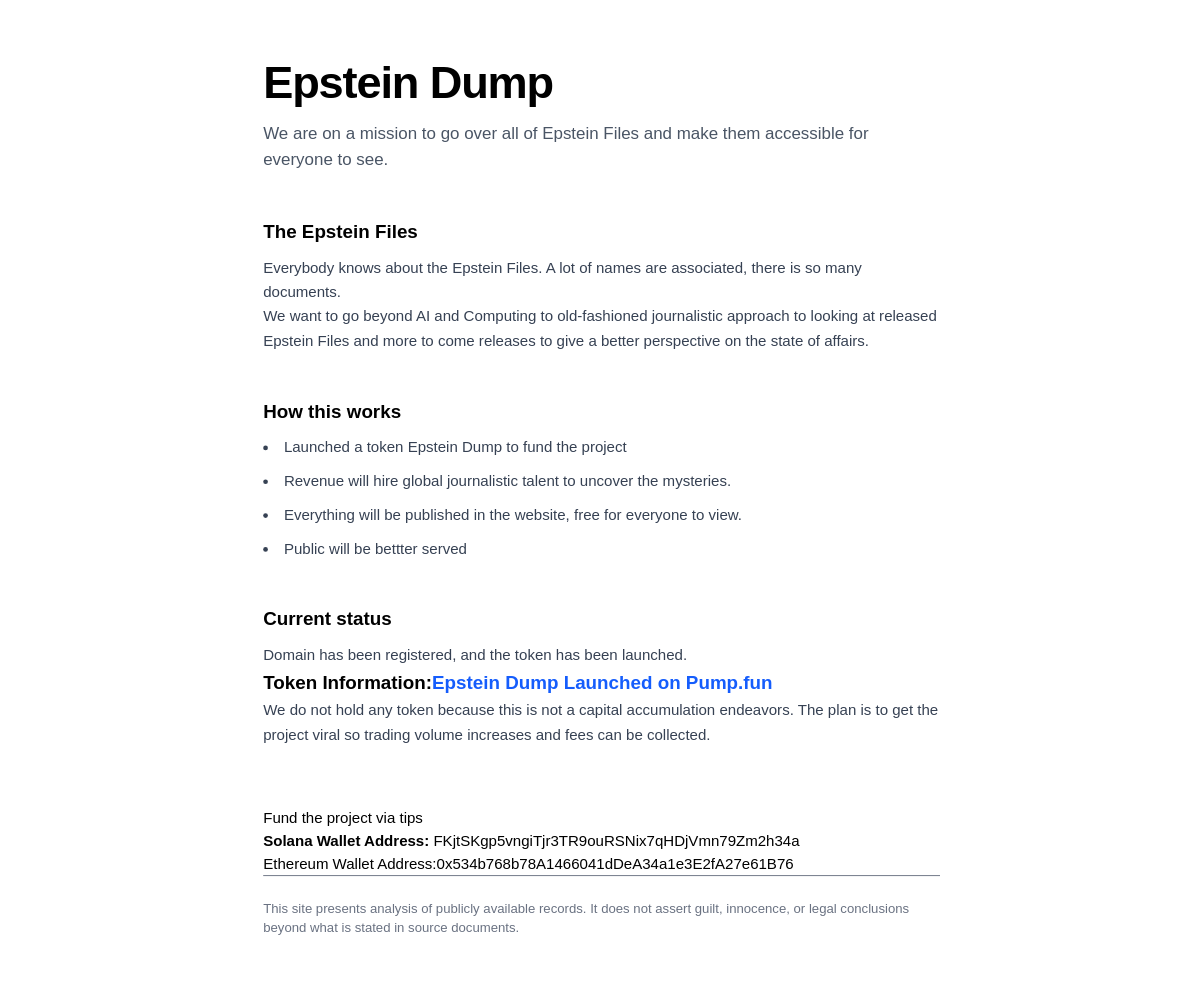
Repository: dayvoid97/epsteindump
Page: /
These files come from the project's save history. The page is drawn as it stood at one moment and after the next save; the edit follows.
The browser window is 1280 px wide. The pictures show the whole page, at 94% of full size.
The project was rebuilt for these pictures with package versions that can differ from the ones it lists, and the page was loaded fresh each time. The framework's server and built-in components were replaced by stand-ins that run in the browser. Also part of the build but not shown: next.config.ts.

Above is the page before, as saved 2026-02-02 02:30:46.

### app/layout.tsx
import type { Metadata } from 'next'
import { Geist, Geist_Mono } from 'next/font/google'
import Script from 'next/script'
import './globals.css'

const geistSans = Geist({
  variable: '--font-geist-sans',
  subsets: ['latin'],
})

const geistMono = Geist_Mono({
  variable: '--font-geist-mono',
  subsets: ['latin'],
})

export const metadata: Metadata = {
  title: 'The Epstein Files',
  description: 'Readable analysis of publicly released Epstein-related documents.',
}

export default function RootLayout({
  children,
}: Readonly<{
  children: React.ReactNode
}>) {
  return (
    <html lang="en">
      <head>
        {/* Google Analytics (GA4) */}
        <Script
          src="https://www.googletagmanager.com/gtag/js?id=G-BQLDPN3H1B"
          strategy="afterInteractive"
        />
        <Script id="ga4-init" strategy="afterInteractive">
          {`
            window.dataLayer = window.dataLayer || [];
            function gtag(){dataLayer.push(arguments);}
            gtag('js', new Date());
            gtag('config', 'G-BQLDPN3H1B');
          `}
        </Script>
        {/* End Google Analytics */}
      </head>

      <body className={`${geistSans.variable} ${geistMono.variable} antialiased`}>{children}</body>
    </html>
  )
}

### app/page.tsx
export default function Home() {
  return (
    <main className="min-h-screen bg-white text-black">
      <div className="max-w-3xl mx-auto px-6 py-16">
        {/* Header */}
        <header className="mb-12">
          <h1 className="text-4xl md:text-5xl font-semibold tracking-tight">Epstein Dump</h1>
          <p className="mt-4 text-lg text-gray-600">
            We are on a mission to go over all of Epstein Files and make them accessible for
            everyone to see.
          </p>
        </header>

        {/* Mission */}
        <section className="mb-12">
          <h2 className="font-bold text-xl  mb-3">The Epstein Files</h2>
          <p className="text-gray-700 leading-relaxed">
            Everybody knows about the Epstein Files. A lot of names are associated, there is so many
            documents.
          </p>

          <p className="text-gray-700 leading-relaxed">
            We want to go beyond AI and Computing to old-fashioned journalistic approach to looking
            at released Epstein Files and more to come releases to give a better perspective on the
            state of affairs.
          </p>
        </section>

        {/* What to Expect */}
        <section className="mb-12">
          <h2 className="text-xl font-bold mb-3">How this works</h2>
          <ul className="space-y-3 text-gray-700 list-disc list-inside">
            <li>Launched a token Epstein Dump to fund the project</li>
            <li>Revenue will hire global journalistic talent to uncover the mysteries. </li>
            <li>Everything will be published in the website, free for everyone to view. </li>
            <li>Public will be bettter served</li>
          </ul>
        </section>

        {/* Status */}
        <section className="mb-16">
          <h2 className="text-xl font-bold mb-3">Current status</h2>
          <p className="text-gray-700 leading-relaxed">
            Domain has been registered, and the token has been launched.
          </p>
          <p className=" font-bold text-xl  leading-relaxed">
            Token Information:
            <a
              href="https://pump.fun/coin/AjRmSm4ZyLYUZ9ftCfi5yzLexpvPSRJtbccKJ99Dpump"
              className="text-blue-600"
            >
              Epstein Dump Launched on Pump.fun
            </a>
          </p>
          <p className="text-gray-700 leading-relaxed">
            We do not hold any token because this is not a capital accumulation endeavors. The plan
            is to get the project viral so trading volume increases and fees can be collected.
          </p>
        </section>

        <section>
          <h2> Fund the project via tips</h2>

          <p>
            <span className="font-bold">Solana Wallet Address:</span>{' '}
            <span>FKjtSKgp5vngiTjr3TR9ouRSNix7qHDjVmn79Zm2h34a</span>{' '}
          </p>
          <p>
            Ethereum Wallet Address:<span>0x534b768b78A1466041dDeA34a1e3E2fA27e61B76</span>{' '}
          </p>
        </section>

        {/* Footer */}
        <footer className="border-t pt-6 text-sm text-gray-500">
          <p>
            This site presents analysis of publicly available records. It does not assert guilt,
            innocence, or legal conclusions beyond what is stated in source documents.
          </p>
        </footer>
      </div>
    </main>
  )
}

Loaded but not shown: app/globals.css (common file)

After the next save:
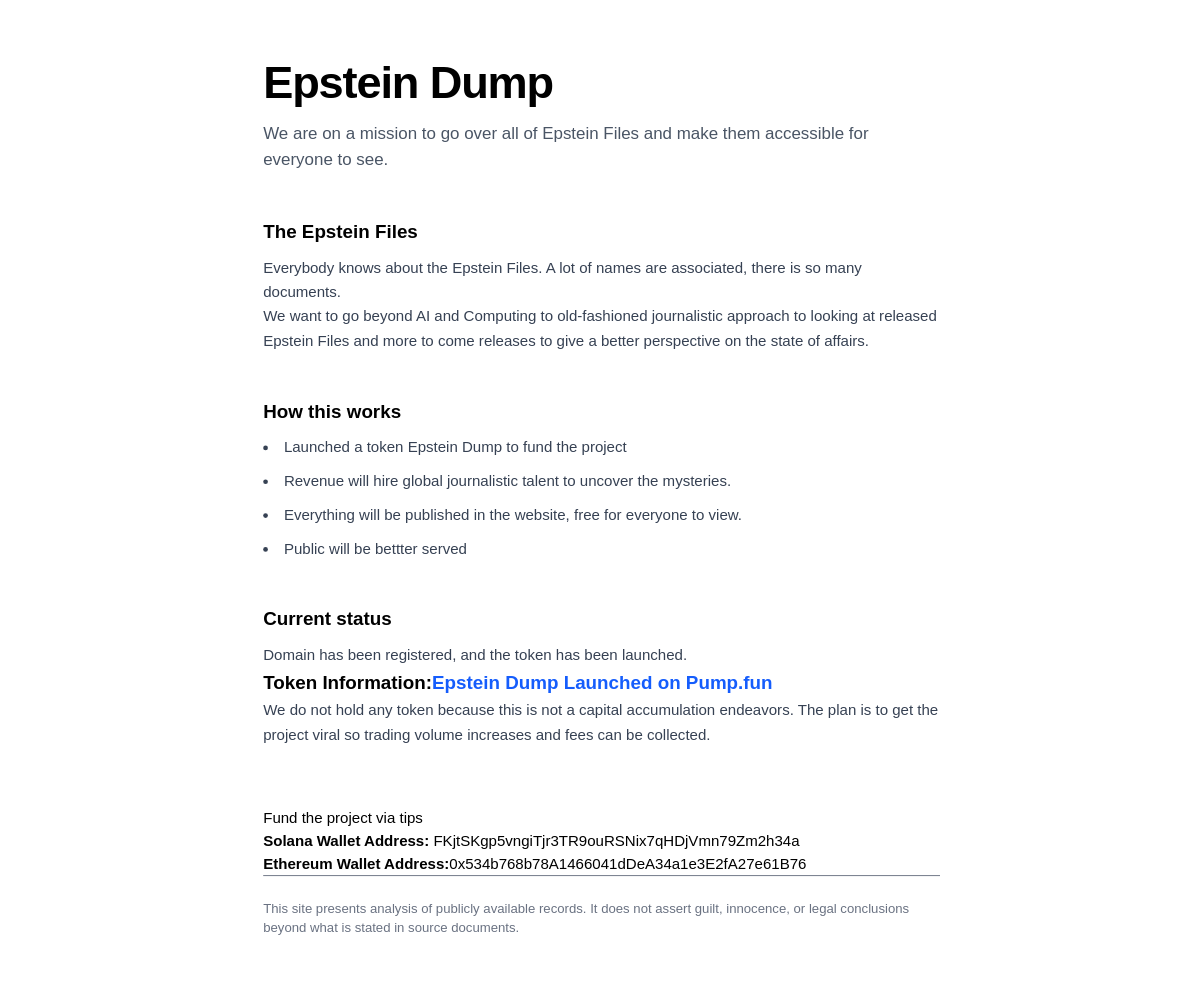
Saved 21 s later.
--- a/app/page.tsx
+++ b/app/page.tsx
@@ -66,7 +66,8 @@
             <span>FKjtSKgp5vngiTjr3TR9ouRSNix7qHDjVmn79Zm2h34a</span>{' '}
           </p>
           <p>
-            Ethereum Wallet Address:<span>0x534b768b78A1466041dDeA34a1e3E2fA27e61B76</span>{' '}
+            <span className="font-bold">Ethereum Wallet Address:</span>
+            <span>0x534b768b78A1466041dDeA34a1e3E2fA27e61B76</span>{' '}
           </p>
         </section>
 
